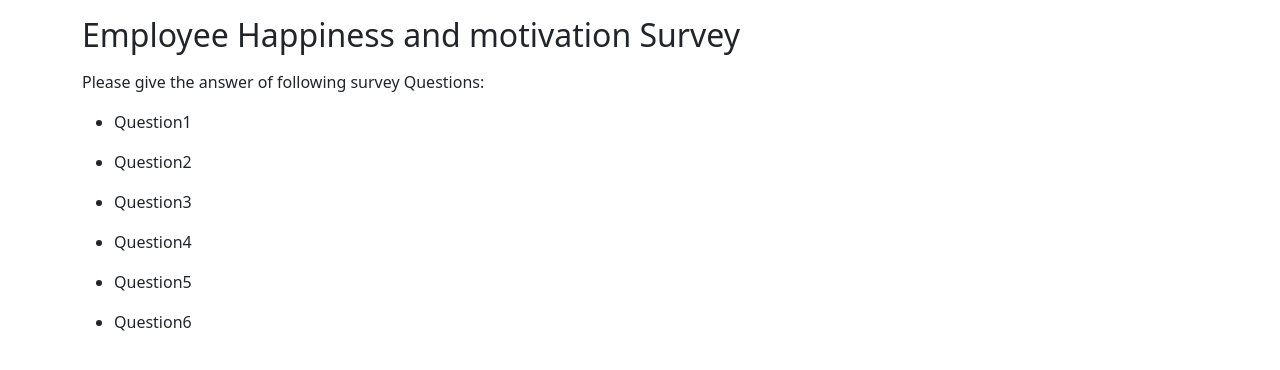
Repository: Itsjeet007y1/WeAce
Page: / (app in we-ace-frontend/)
An editor plug-in stored every save of this project. The page is shown before and after the next save, followed by the edit.
The browser window is 1280 px wide. The pictures show the whole page.
The project was rebuilt for these pictures with package versions that can differ from the ones it lists, and the page was loaded fresh each time. Also part of the build but not shown: we-ace-frontend/angular.json.

Above is the page before, as saved 2023-02-02 21:56:07.

After the next save:
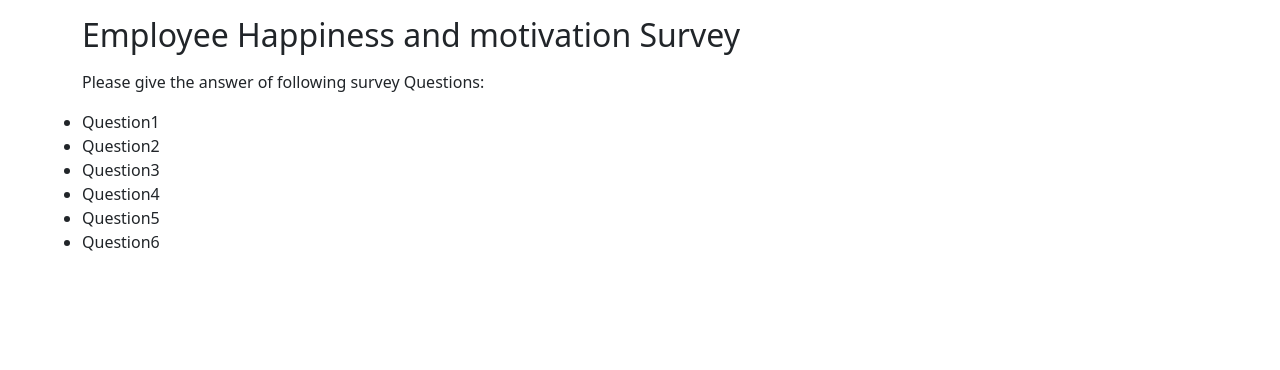
Saved 3 min 0 s later.
--- a/we-ace-frontend/src/app/survey-questions-list/survey-questions-list.component.html
+++ b/we-ace-frontend/src/app/survey-questions-list/survey-questions-list.component.html
@@ -1,4 +1,4 @@
 <p>Please give the answer of following survey Questions:</p>
-<ul *ngFor="let ql of questionList">
+<ul *ngFor="let ql of questionList" class="list-group">
     <li>{{ ql.question }}</li>
 </ul>
